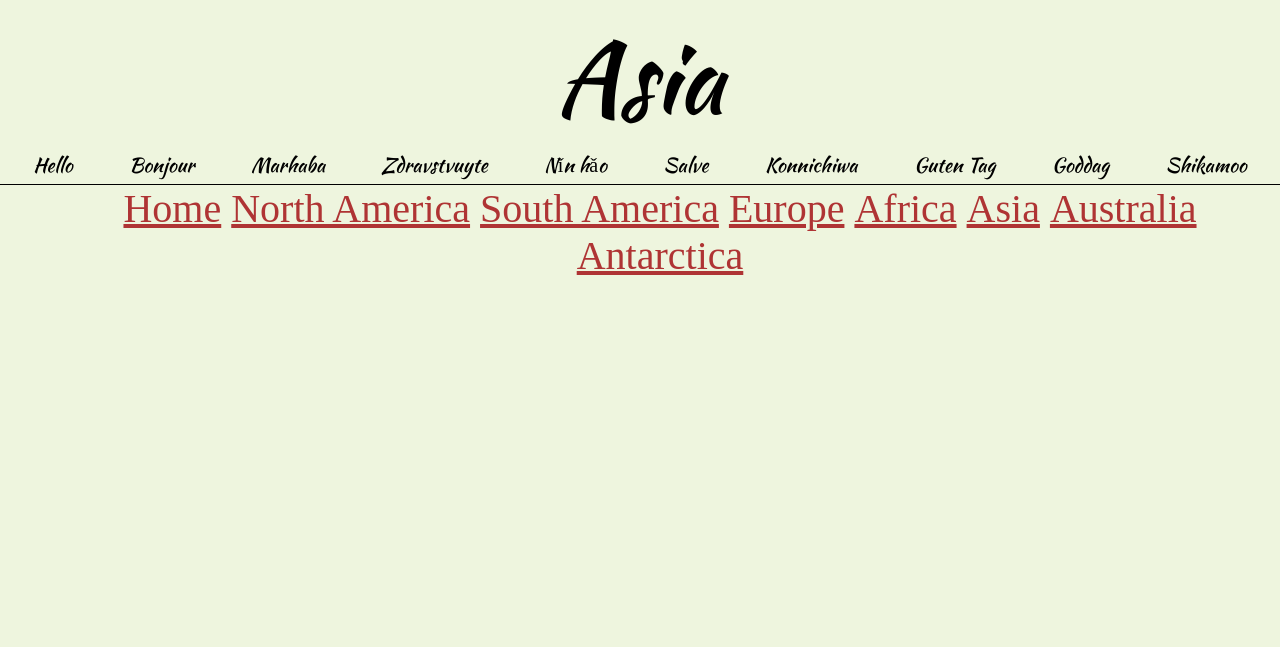
Repository: alharama/StaticWebsite
Page: as_page.html
The author's editor kept a copy of each file at every save. The page is drawn from the files as they stood at one save, then again after the next save.
The browser window is 1280 px wide. The pictures show the whole page.

Above is the page before, as saved 2021-09-20 23:13:06.

After the next save:
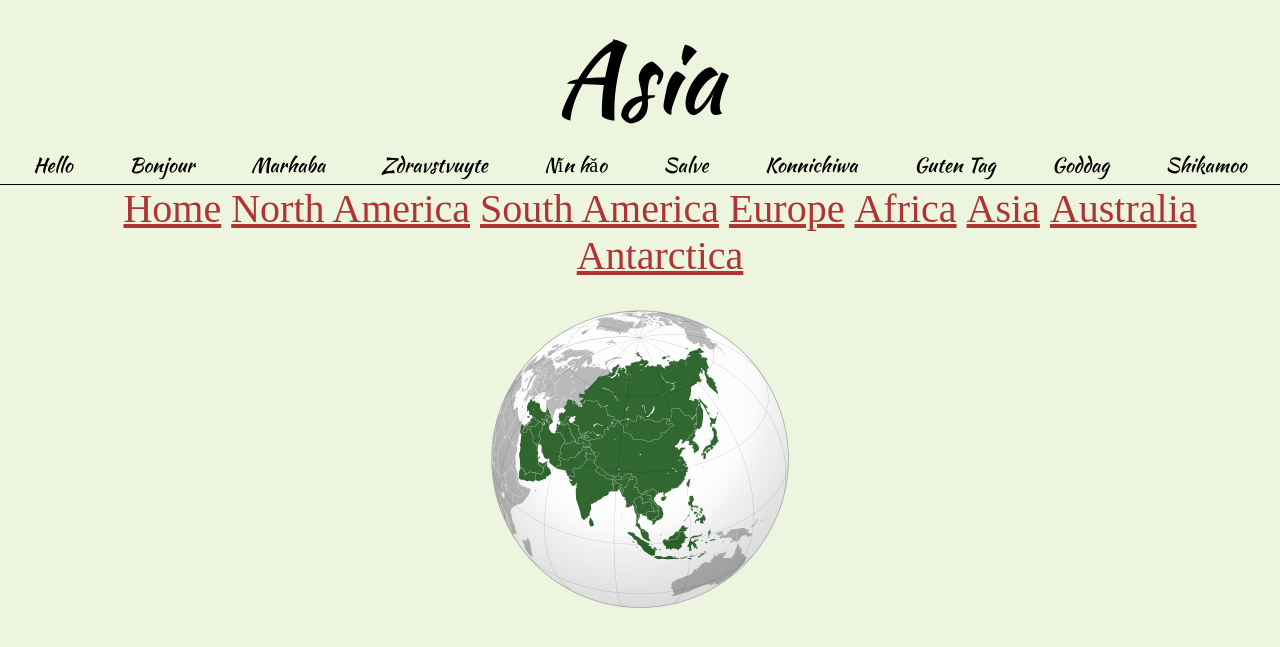
Saved 31 s later.
--- a/as_page.html
+++ b/as_page.html
@@ -58,6 +58,16 @@
             justify-content:space-around;
         }
 
+        #as {
+            display: block;
+            margin-left: auto;
+            margin-right: auto;
+            margin-top: 30px;
+            width: auto;
+            height: 300px;
+
+        }
+
 
     </style>
 
@@ -97,7 +107,7 @@
         </nav>
 
 
-
+        <img id="as" src="Asia.png" alt="Asia">
 
 
 
